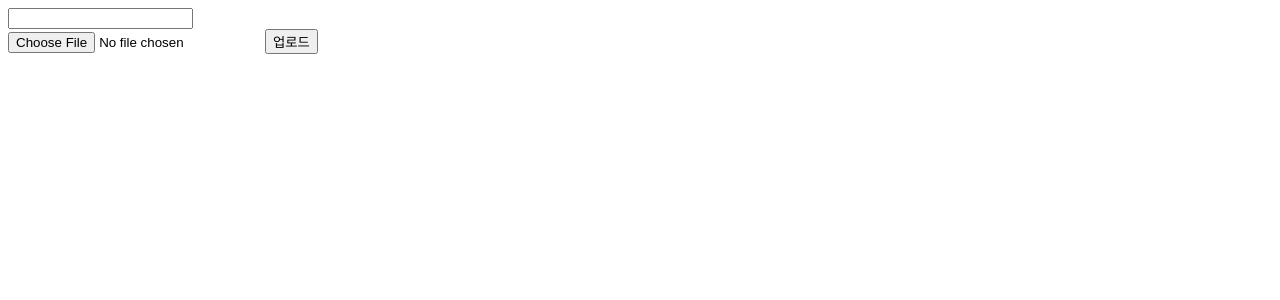
Repository: shouvoo/bitAcademy
Page: work/jsp/06_javascript/WebContent/09_jquery/09_ajaxfile/test01.html
These files come from the project's save history. The page is drawn as it stood at one moment and after the next save; the edit follows.
The browser window is 1280 px wide. The pictures show the whole page.

Above is the page before, as saved 2017-11-28 02:46:42.

After the next save:
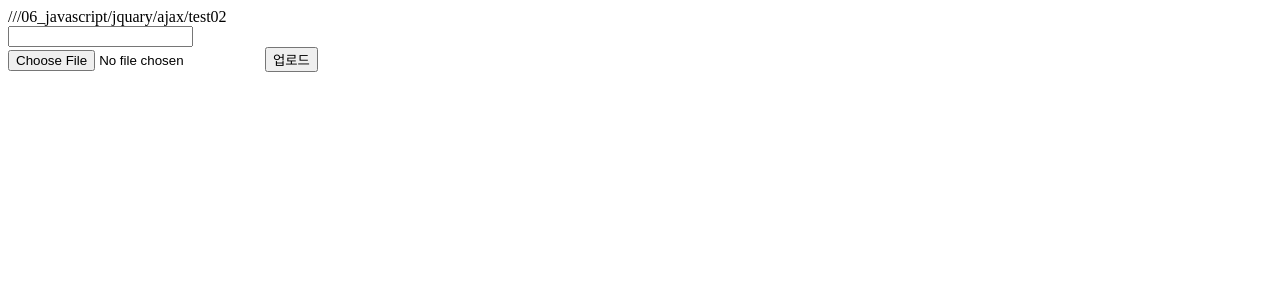
Saved 22 s later.
--- a/work/jsp/06_javascript/WebContent/09_jquery/09_ajaxfile/test01.html
+++ b/work/jsp/06_javascript/WebContent/09_jquery/09_ajaxfile/test01.html
@@ -7,6 +7,7 @@
 <script src="../js/jquery.form.js"></script>
 </head>
 <body>
+///06_javascript/jquary/ajax/test02
 	<form id="ajaxForm" action="/jquery/ajaxfile/test01"
 	      method="post"
 	      enctype="multipart/form-data">
